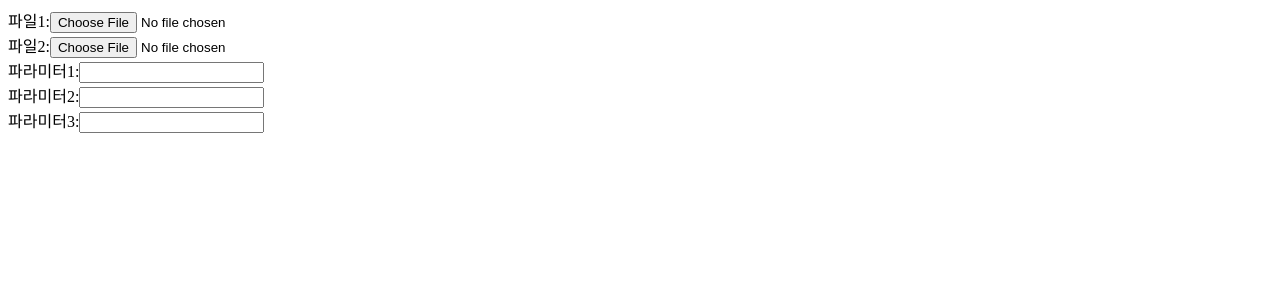
Repository: Yusubin/workEx
Page: http://localhost/project06/uploadForm.jsp
These files come from the project's save history. The page is drawn as it stood at one moment and after the next save; the edit follows.
The browser window is 1280 px wide. The pictures show the whole page.
The page is served by Tomcat 9.

Above is the page before, as saved 2022-02-10 08:08:42.

### project06/src/main/webapp/uploadForm.jsp
<%@ page language="java" contentType="text/html; charset=UTF-8"
    pageEncoding="UTF-8"%>
<%@ taglib prefix="c" uri="http://java.sun.com/jsp/jstl/core" %>
<%@ taglib prefix="fmt" uri="http://java.sun.com/jsp/jstl/fmt" %>
<c:set var="contextPath" value="${pageContext.request.contextPath}"/>

<!DOCTYPE html>
<html>
<head>
<meta charset="UTF-8">
<title>File Upload</title>
</head>
<body>
	<form action ="${contextPath}/upload" method="post" enctype="multipart/form-data">
		파일1:<input type="file" name="file1"><br>
		파일2:<input type="file" name="file2"><br>
		파라미터1:<input type="text" name="param1"><br>
		파라미터2:<input type="text" name="param2"><br>
		파라미터3:<input type="text" name="param3"><br>
	</form>
</body>
</html>

After the next save:
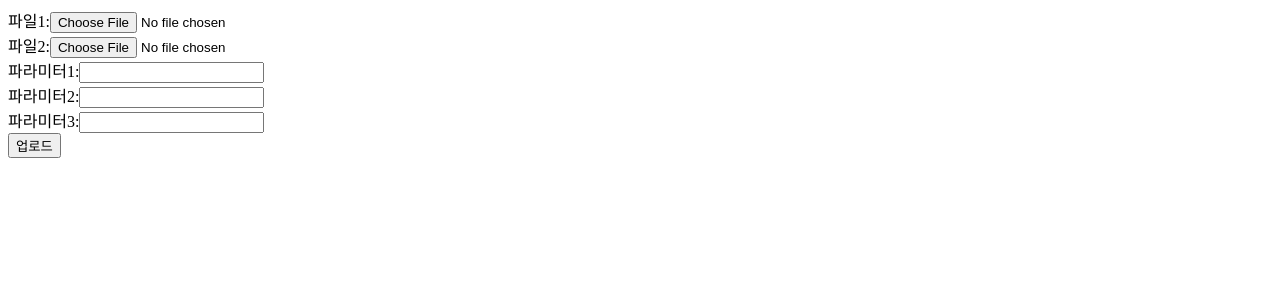
Saved 29 s later.
--- a/project06/src/main/webapp/uploadForm.jsp
+++ b/project06/src/main/webapp/uploadForm.jsp
@@ -17,6 +17,9 @@
 		파라미터1:<input type="text" name="param1"><br>
 		파라미터2:<input type="text" name="param2"><br>
 		파라미터3:<input type="text" name="param3"><br>
+
+		<input type="submit" value="업로드"/>
+
 	</form>
 </body>
 </html>
